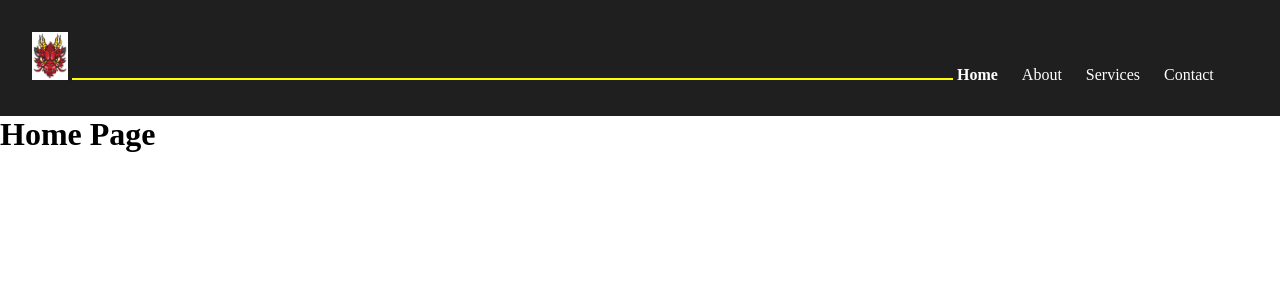
Repository: andreamm-lab/basic-navigation-example-2025-10
Page: index.html
The author's editor kept a copy of each file at every save. The page is drawn from the files as they stood at one save, then again after the next save.
The browser window is 1280 px wide. The pictures show the whole page.

Above is the page before, as saved 2025-11-05 23:36:24.

After the next save:
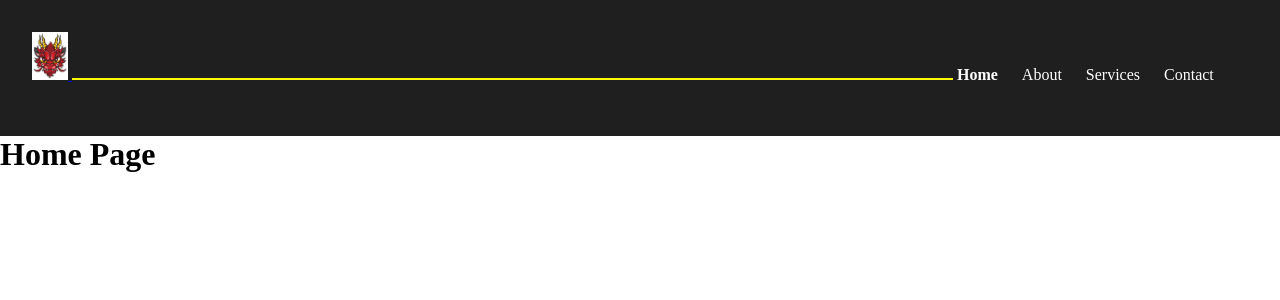
Saved 100 s later.
--- a/main.css
+++ b/main.css
@@ -26,12 +26,13 @@ nav img { /* Este es un combinator selector. Va a seleccionar cualquier img que
     border: 1px solid yellow;
     display: inline-block;
     width: calc(100% - 40px - 295px);
+
 }
 
 nav ul {
     list-style: none;
     display: inline-block;
-
+    margin-bottom: 20px;
 }
 
 nav ul li {
@@ -45,7 +46,7 @@ nav ul li a{
 }
 
 nav ul li a.current{
-    color: aquamiren;
+    color: aquamarine;
     font-weight: bold;
 
 }
